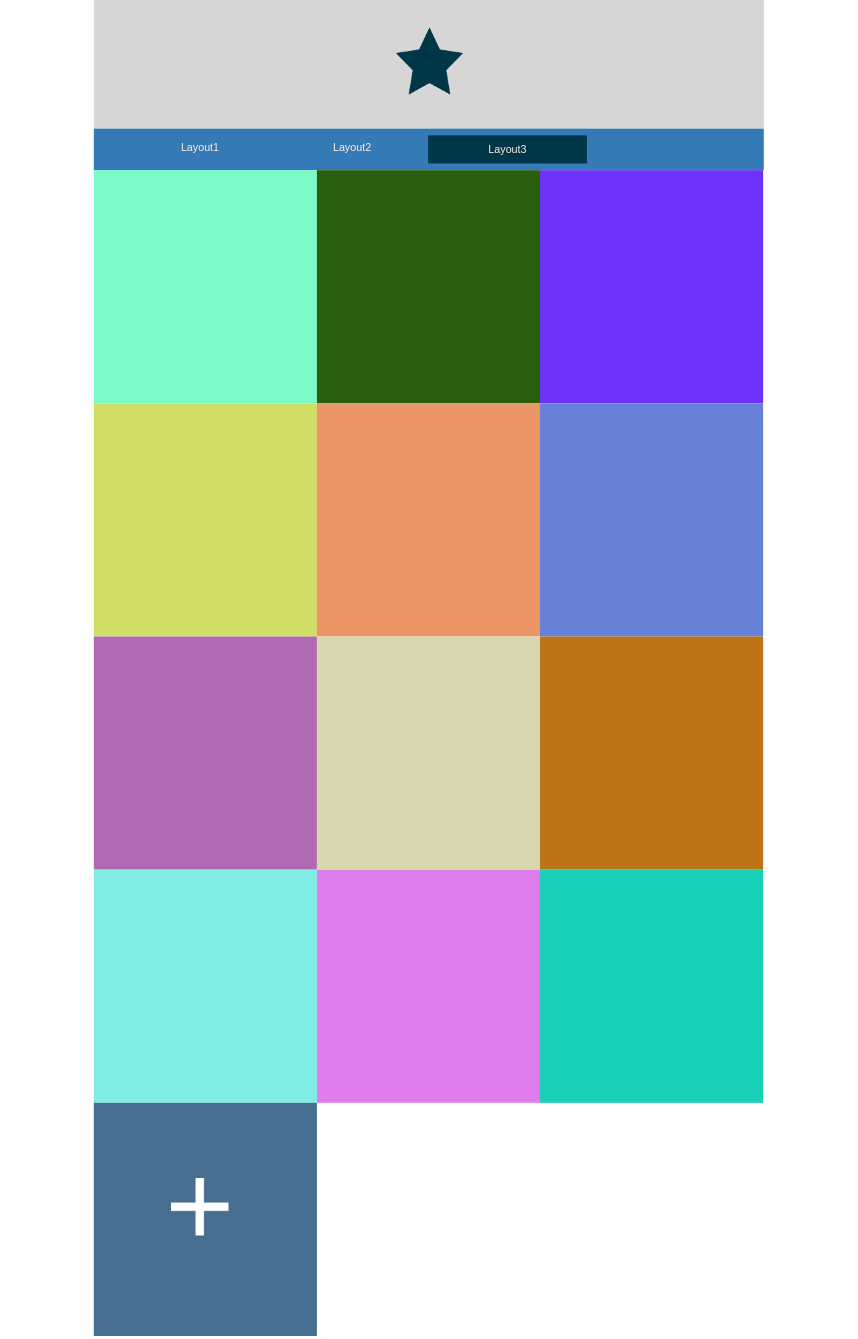
Repository: baliayassin/MyGame
Page: Documents/Aptana Studio 3 Workspace/homeWork2/layOut3.html
The author's editor kept a copy of each file at every save. The page is drawn from the files as they stood at one save, then again after the next save.
The browser window is 1280 px wide. The pictures show the whole page, at 67% of full size.

Above is the page before, as saved 2017-12-13 10:59:42.

After the next save:
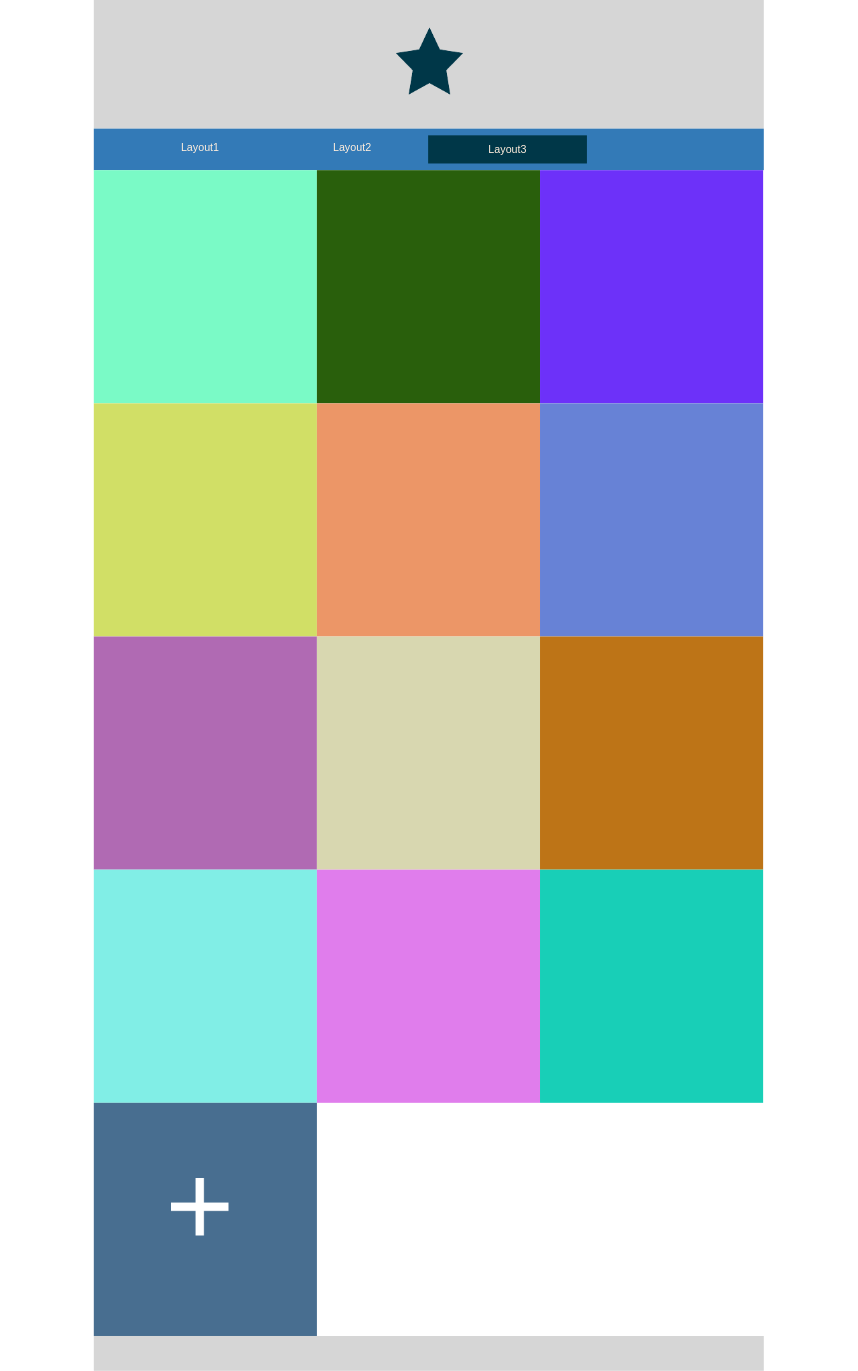
Saved 106 s later.
--- a/Documents/Aptana Studio 3 Workspace/homeWork2/includes/style.css
+++ b/Documents/Aptana Studio 3 Workspace/homeWork2/includes/style.css
@@ -399,6 +399,14 @@ main, nav, aside, footer, section, article, header {
 	margin-top: 100px;
 }
 
+#wrapper3 footer{
+
+	height:52px;
+	background: #D6D6D6;
+	margin-top:-4px;
+
+}
+
 .clear{
 
 	clear: both;
